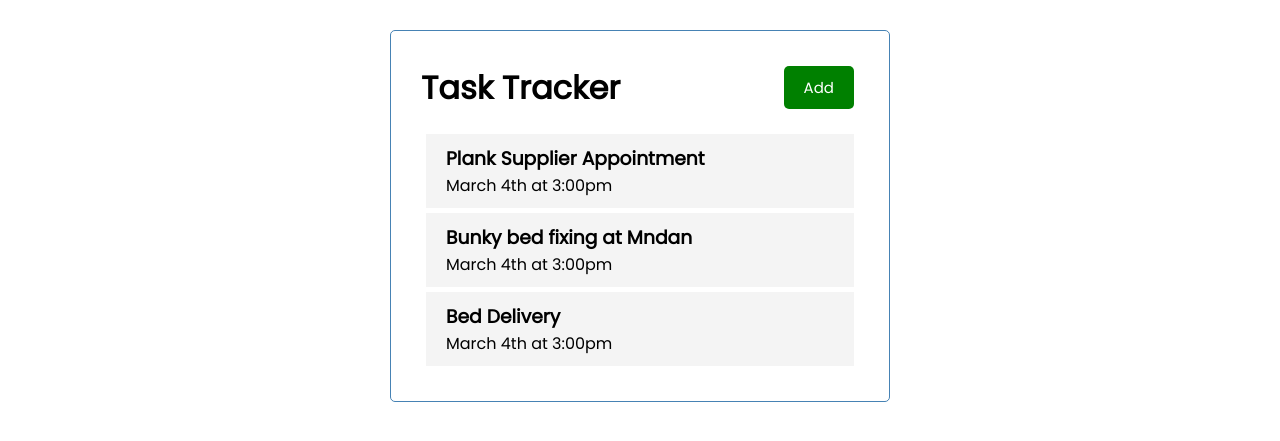
Repository: biggie-pti/task-tracker-react-app
Page: /
An editor plug-in stored every save of this project. The page is shown before and after a run of saves, followed by the edit.
The browser window is 1280 px wide. The pictures show the whole page.
The project was rebuilt for these pictures with package versions that can differ from the ones it lists, and the page was loaded fresh each time.

Above is the page before, as saved 2022-02-20 15:41:49.

### public/index.html
<!DOCTYPE html>
<html lang="en">
  <head>
    <meta charset="utf-8" />
    <link rel="icon" href="%PUBLIC_URL%/favicon.ico" />
    <meta name="viewport" content="width=device-width, initial-scale=1" />
    <meta name="theme-color" content="#000000" />
    <meta
      name="description"
      content="Web site created using create-react-app"
    />
    <link rel="apple-touch-icon" href="%PUBLIC_URL%/logo192.png" />

    <link rel="manifest" href="%PUBLIC_URL%/manifest.json" />

    <title>Task Tracker</title>
  </head>
  <body>
    <noscript>You need to enable JavaScript to run this app.</noscript>
    <div id="root"></div>

  </body>
</html>

### src/App.js
import Header from "./components/Header";
import Tasks from "./components/Tasks";
import { useState } from "react"
function App() {

  const [tasks, setTasks]= useState(

    [
        {
            id: 1,
            text: 'Plank Supplier Appointment',
            day: 'March 4th at 3:00pm',
            reminder: true,
        },
        {
            id: 2,
            text: 'Bunky bed fixing at Mndan',
            day: 'March 4th at 3:00pm',
            reminder: true,
        },
        {
            id: 3,
            text: 'Bed Delivery',
            day: 'March 4th at 3:00pm',
            reminder: true,
        },
    ]
)

  return (
    <div className="container">
    <Header />
    <Tasks tasks={tasks}/>
    </div>
  );
}

export default App;

### src/components/Header.js
import PropTypes from 'prop-types'
import Button from './Button'
const Header = ({title}) => {
    const onClick=()=>{
console.log('Click')
    }
  return (
    <header className='header'>
        <h1>

        {title}
        </h1>
       <Button color='green' text='Add' onClick={onClick}/>
        </header>
  )
}
Header.defaultProps={
    title: 'Task Tracker',
}

Header.propTypes={
    title: PropTypes.string,
}

//CSS in JS
// const headingStyle={
//     color:'red',
//     backgroundColor:'black',
// }

export default Header

### src/components/Tasks.js

import Task from "./Task"
const Tasks = ({tasks}) => {

  return (
    <>
{tasks.map((task)=>(
    <Task key={task.id} task={task} />
)


)}

    </>
  )
}

export default Tasks

### src/components/Button.js

import PropTypes from 'prop-types'

const Button = ({color,text, onClick}) => {


  return (
   <button

   onClick={onClick}
   style={{backgroundColor: color}}
    className='btn'>{text}

    </button>
  )
}
Button.defaultProps={
    color: 'steelblue',
}
Button.protoTypes={
    text: PropTypes.string,
    color: PropTypes.string,
    onClick: PropTypes.func,
}

export default Button

### src/components/Task.js


const Task = ({task}) => {
  return (
    <div className='task'>
        <h3>{task.text}</h3>
        <p>{task.day}</p>

    </div>
  )
}

export default Task

Loaded but not shown: src/index.js (common file); src/index.css (common file); src/reportWebVitals.js (common file)

After the next 3 saves:
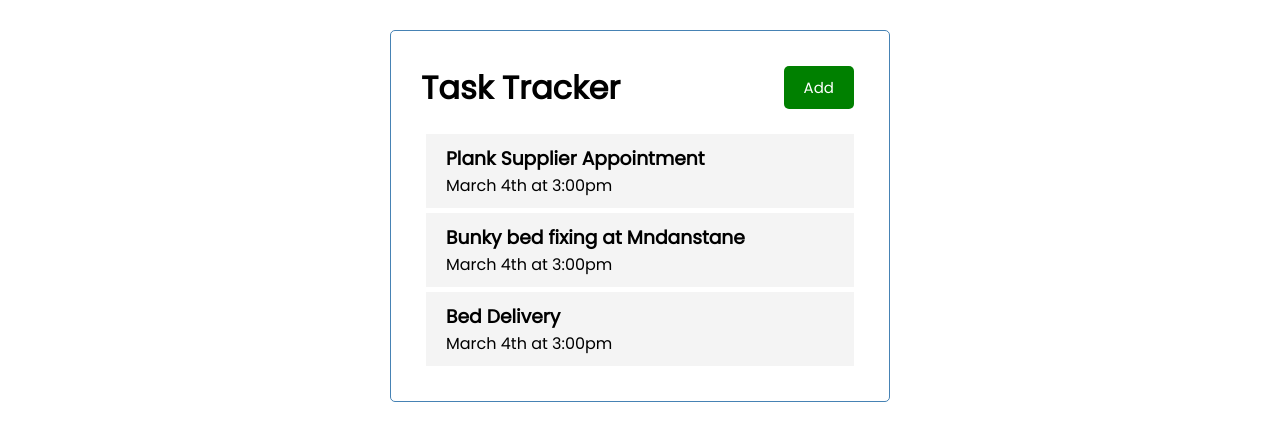
The 3 saves are shown as one change because they came seconds apart.
The last was saved 8 s later.
--- a/src/App.js
+++ b/src/App.js
@@ -14,7 +14,7 @@ function App() {
         },
         {
             id: 2,
-            text: 'Bunky bed fixing at Mndan',
+            text: 'Bunky bed fixing at Mndanstane',
             day: 'March 4th at 3:00pm',
             reminder: true,
         },
